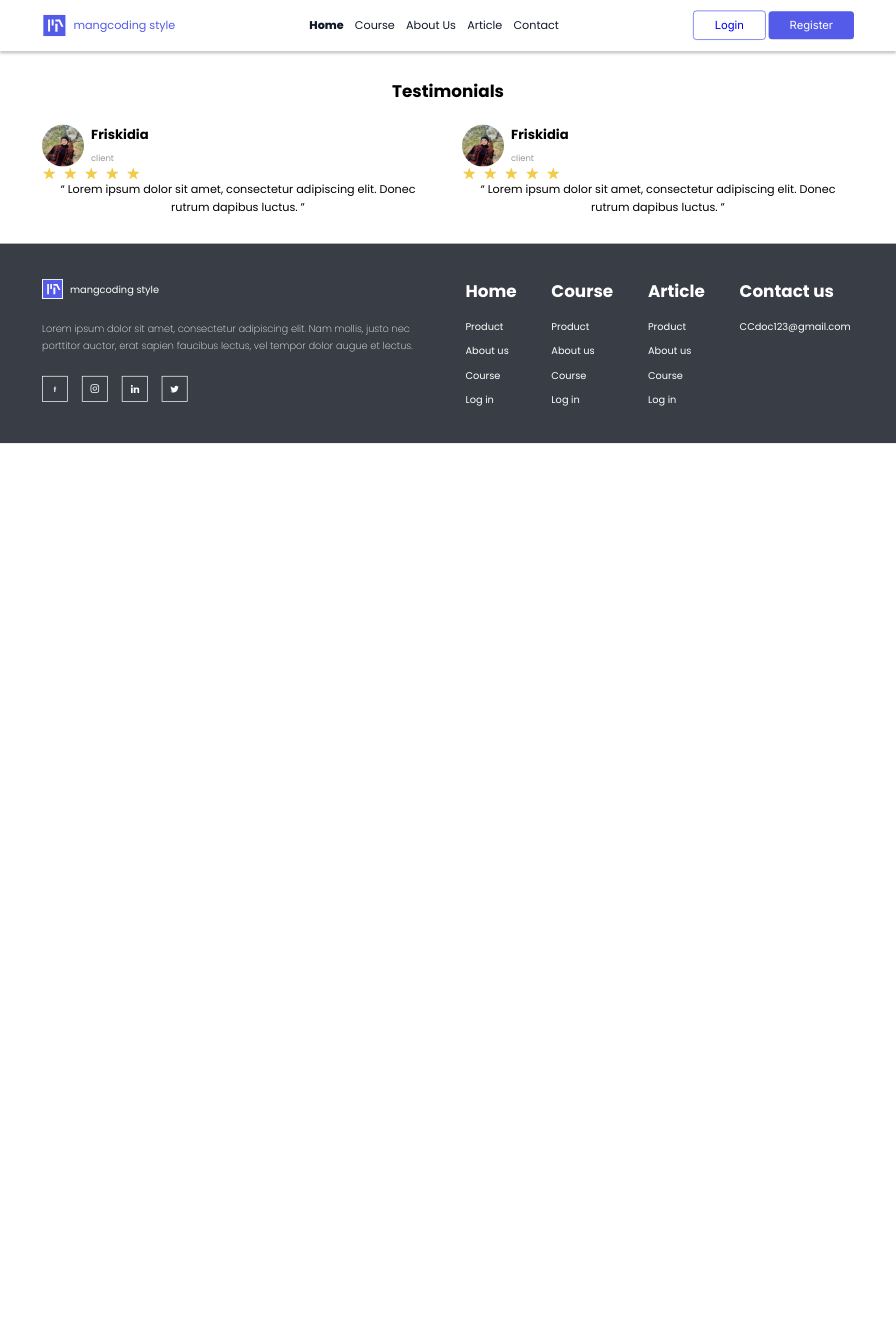
Repository: Dania-Alqam/landing-page
Page: index.html
The author's editor kept a copy of each file at every save. The page is drawn from the files as they stood at one save, then again after the next save.
The browser window is 1280 px wide. The pictures show the part of the page from y = 0 to 1920 px (the page is 5000 px tall), at 70% of full size.

Above is the page before, as saved 2024-06-22 16:33:16.

### index.html
<!DOCTYPE html>
<html lang="en">

<head>
    <meta charset="UTF-8" />
    <meta name="viewport" content="width=device-width, initial-scale=1.0" />
    <title>Document</title>
    <link rel="stylesheet" href="./assests/css/main.css" />
</head>

<body>
    <header class="header">
        <div class="container">
            <div class="row">
                <div class="logo">
                    <img src="./assests/images/public/Logo.svg" alt="logo" />
                    <a href="#">mangcoding style</a>
                </div>
                <nav class="nav">
                    <ul>
                        <li>
                            <a href="#" class="active">Home</a>
                        </li>
                        <li>
                            <a href="#">Course</a>
                        </li>
                        <li>
                            <a href="#">About Us</a>
                        </li>
                        <li>
                            <a href="#">Article</a>
                        </li>
                        <li>
                            <a href="#">Contact</a>
                        </li>
                    </ul>
                </nav>
                <div class="auth">
                    <a href="#">Login</a>
                    <a href="#">Register</a>
                </div>
            </div>
        </div>
    </header>

    <main>
        <section class="testimonials">
            <h2>
                Testimonials
            </h2>
            <div class="container">
                <div class="row">
                    <div class="testimonial">
                        <div class="user-info">
                            <img src="assests/images/clients/client1.jpeg"/>
                            <div class="user-data">
                                <h3>Friskidia</h3>
                                <span>client</span>
                            </div>
                        </div>
                        <div class="ratings">
                            <img src="./assests/images/public/Star.svg" alt="stars"/>
                            <img src="./assests/images/public/Star.svg" alt="stars"/>
                            <img src="./assests/images/public/Star.svg" alt="stars"/>
                            <img src="./assests/images/public/Star.svg" alt="stars"/>
                            <img src="./assests/images/public/Star.svg" alt="stars"/>

                        </div>
                        <blockquote>
                            <q>
                                Lorem ipsum dolor sit amet, consectetur adipiscing elit. Donec rutrum dapibus luctus.
                            </q>
                        </blockquote>
                    </div>
                    <div class="testimonial">
                        <div class="user-info">
                            <img src="assests/images/clients/client1.jpeg"/>
                            <div class="user-data">
                                <h3>Friskidia</h3>
                                <span>client</span>
                            </div>
                        </div>
                        <div class="ratings">
                            <img src="./assests/images/public/Star.svg" alt="stars"/>
                            <img src="./assests/images/public/Star.svg" alt="stars"/>
                            <img src="./assests/images/public/Star.svg" alt="stars"/>
                            <img src="./assests/images/public/Star.svg" alt="stars"/>
                            <img src="./assests/images/public/Star.svg" alt="stars"/>

                        </div>
                        <blockquote>
                            <q>
                                Lorem ipsum dolor sit amet, consectetur adipiscing elit. Donec rutrum dapibus luctus.
                            </q>
                        </blockquote>
                    </div>
                </div>
            </div>

        </section>
    </main>
    <footer class="footer">
        <div class="container">
            <div class="row">
                <div class="footer-start">
                    <div class="logo">
                        <img src="./assests/images/public/Logo.svg" alt="logo" />
                        <a href="#">mangcoding style</a>
                    </div>
                    <p>
                        Lorem ipsum dolor sit amet, consectetur adipiscing elit. Nam
                        mollis, justo nec porttitor auctor, erat sapien faucibus lectus,
                        vel tempor dolor augue et lectus.
                    </p>
                    <div class="icons">
                        <a href="#"><img src="./assests/images/public/facebok.svg" /></a>
                        <a href="#"><img src="./assests/images/public/instagram.svg" /></a>
                        <a href="#"><img src="./assests/images/public/linkedin.svg" /></a>
                        <a href="#"><img src="./assests/images/public/twitter.svg" /></a>
                    </div>
                </div>
                <div class="footer-end">
                    <div class="row">
                        <div class="footer-item">
                            <h2>
                                Home
                            </h2>
                            <ul>
                                <li>
                                    <a href="#">Product</a>
                                </li>
                                <li>
                                    <a href="#">About us</a>
                                </li>
                                <li>
                                    <a href="#">Course</a>
                                </li>
                                <li>
                                    <a href="#">Log in</a>
                                </li>
                            </ul>
                        </div>
                        <div class="footer-item">
                            <h2>
                                Course
                            </h2>
                            <ul>
                                <li>
                                    <a href="#">Product</a>
                                </li>
                                <li>
                                    <a href="#">About us</a>
                                </li>
                                <li>
                                    <a href="#">Course</a>
                                </li>
                                <li>
                                    <a href="#">Log in</a>
                                </li>
                            </ul>
                        </div>
                        <div class="footer-item">
                            <h2>
                                Article
                            </h2>
                            <ul>
                                <li>
                                    <a href="#">Product</a>
                                </li>
                                <li>
                                    <a href="#">About us</a>
                                </li>
                                <li>
                                    <a href="#">Course</a>
                                </li>
                                <li>
                                    <a href="#">Log in</a>
                                </li>
                            </ul>
                        </div>
                        <div class="footer-item">
                            <h2>
                                Contact us
                            </h2>
                            <ul>
                                <li>
                                    <a href="#">CCdoc123@gmail.com</a>
                                </li>

                        </div>
                    </div>
                </div>
            </div>
        </div>
    </footer>
</body>

</html>

### assests/css/main.css
@import url(./public.css);

/* start header */
.header {
  position: sticky;
  top: 0;
  box-shadow: 0px 4px 4px rgba(0, 0, 0, 0.25);
  padding: 20px 0;
  background-color: #fff;
}

.nav ul {
  display: flex;
  flex-wrap: wrap;
  gap: 16px;
}
.header .logo {
  display: flex;
  flex-wrap: wrap;
  align-items: center;
  gap: 10px;
}
.header .logo img {
  width: 35px;
}

.header .logo a {
  color: var(--mainColor);
}

.header .nav a {
  color: #101928;
}

.header .nav a:hover {
  color: var(--mainColor);
}
/* For the home bold*/
.active {
  font-weight: 800;
}
/* common properities*/
.header .auth a {
  font-family: var(--subFont);
  padding: 10px 30px;
  border-radius: 5px;
}
.header .auth a:first-of-type {
  border: 1px solid var(--mainColor);
}
.header .auth a:last-of-type {
  background-color: var(--mainColor);
  color: white;
}
@media (max-width: 900px) {
  .header .nav {
    display: none;
  }
}
/* end header */

/* start testemonials*/
.testimonials {
  text-align: center;
  padding: 40px 0;
}
.testimonials .row {
  gap: 40px;
}

.testimonials h2 {
  margin-bottom: 30px;
}
.testimonial {
  width: calc((100% - 40px) / 2);
}
.testimonial .user-info img {
  width: 60px;
  height: 60px;
  border-radius: 50%;
}

.testimonial .user-info {
  display: flex;
  flex-wrap: wrap;
  gap: 10px;
}
.testimonial .user-info .user-data {
  display: flex;
  flex-direction: column;
  gap: 10px;
  flex-wrap: wrap;
  align-items: start;
}

.testimonial .user-info .user-data span{
    font-size: 12px;
    color: #969696;
}

.testimonial .ratings{
    display: flex;
    flex-wrap: wrap;
    gap: 10px;
}
/* start footer */
.footer {
  background-color: #393e46;
  padding: 50px 0;
}

.footer a,
.footer h2 {
  color: #fff;
}

.footer .footer-start,
.footer .footer-end {
  width: calc((100% - 40px) / 2);
}

.footer .row {
  gap: 40px;
}

.footer .footer-start {
  display: flex;
  flex-direction: column;
  gap: 30px;
  flex-wrap: wrap;
}

.footer .footer-start .logo {
  display: flex;
  flex-wrap: wrap;
  gap: 10px;
  align-items: center;
}
.footer .footer-start .logo img {
  width: 30px;
}
.footer .footer-start .logo a {
  font-size: 14px;
}
.footer .footer-start p {
  color: #f4f4f4;
  line-height: 25px;
  font-size: 14px;
  font-weight: 200;
}
.footer .footer-start .icons {
  display: flex;
  flex-wrap: wrap;
  gap: 20px;
}
.footer .footer-start .icons img {
  width: 15px;
  height: 15px;
  border: 1px solid #fff;
  padding: 10px;
  box-sizing: content-box;
}

.footer-end .row {
  align-items: start;
  justify-content: space-around;
}
.footer-end .footer-item {
  display: flex;
  flex-direction: column;
  flex-wrap: wrap;
  gap: 20px;
}
.footer-end .footer-item ul {
  display: flex;
  flex-direction: column;
  flex-wrap: wrap;
  gap: 10px;
}
.footer-end .footer-item a {
  font-size: 14px;
}

/* end footer */

### assests/images/public/Star.svg
<svg width="20" height="20" viewBox="0 0 10 9" fill="none" xmlns="http://www.w3.org/2000/svg">
<path d="M5.00313 0.422667C5.06478 0.232942 5.33319 0.232942 5.39483 0.422668L6.26237 3.09266C6.28994 3.17751 6.36901 3.23496 6.45822 3.23496H9.26562C9.46511 3.23496 9.54805 3.49023 9.38666 3.60749L7.11543 5.25764C7.04325 5.31007 7.01305 5.40302 7.04062 5.48787L7.90815 8.15787C7.9698 8.34759 7.75265 8.50536 7.59126 8.3881L5.32003 6.73796C5.24785 6.68552 5.15012 6.68552 5.07794 6.73796L2.80671 8.3881C2.64532 8.50536 2.42817 8.34759 2.48981 8.15787L3.35735 5.48787C3.38492 5.40302 3.35472 5.31007 3.28254 5.25764L1.01131 3.60749C0.849916 3.49023 0.93286 3.23496 1.13235 3.23496H3.93975C4.02896 3.23496 4.10803 3.17751 4.1356 3.09266L5.00313 0.422667Z" fill="#F1CC4A"/>
</svg>

### assests/css/public.css
@import url('https://fonts.googleapis.com/css2?family=Poppins:ital,wght@0,100;0,200;0,300;0,400;0,500;0,600;0,700;0,800;0,900;1,100;1,200;1,300;1,400;1,500;1,600;1,700;1,800;1,900&display=swap');
@import url('https://fonts.googleapis.com/css2?family=Inter:wght@100..900&display=swap');

*{
    margin: 0;
    padding: 0;
    box-sizing: border-box;
}
:root{
    --mainFont: "Poppins", sans-serif;
    --subFont:  "Inter", sans-serif;
    --mainColor: #545BE8;

}
body{
    font-family: var(--mainFont);
    height: 5000px;
}
a{
    text-decoration: none;
}
ul{
    list-style: none;
}
.row{
    display: flex;
    justify-content: space-between;
    align-items: center;
    flex-wrap: wrap;

}

.container{
    /* width from figma is 60px from each side*/
    width: calc(100% - 120px);
    margin: auto;
}

After the next save:
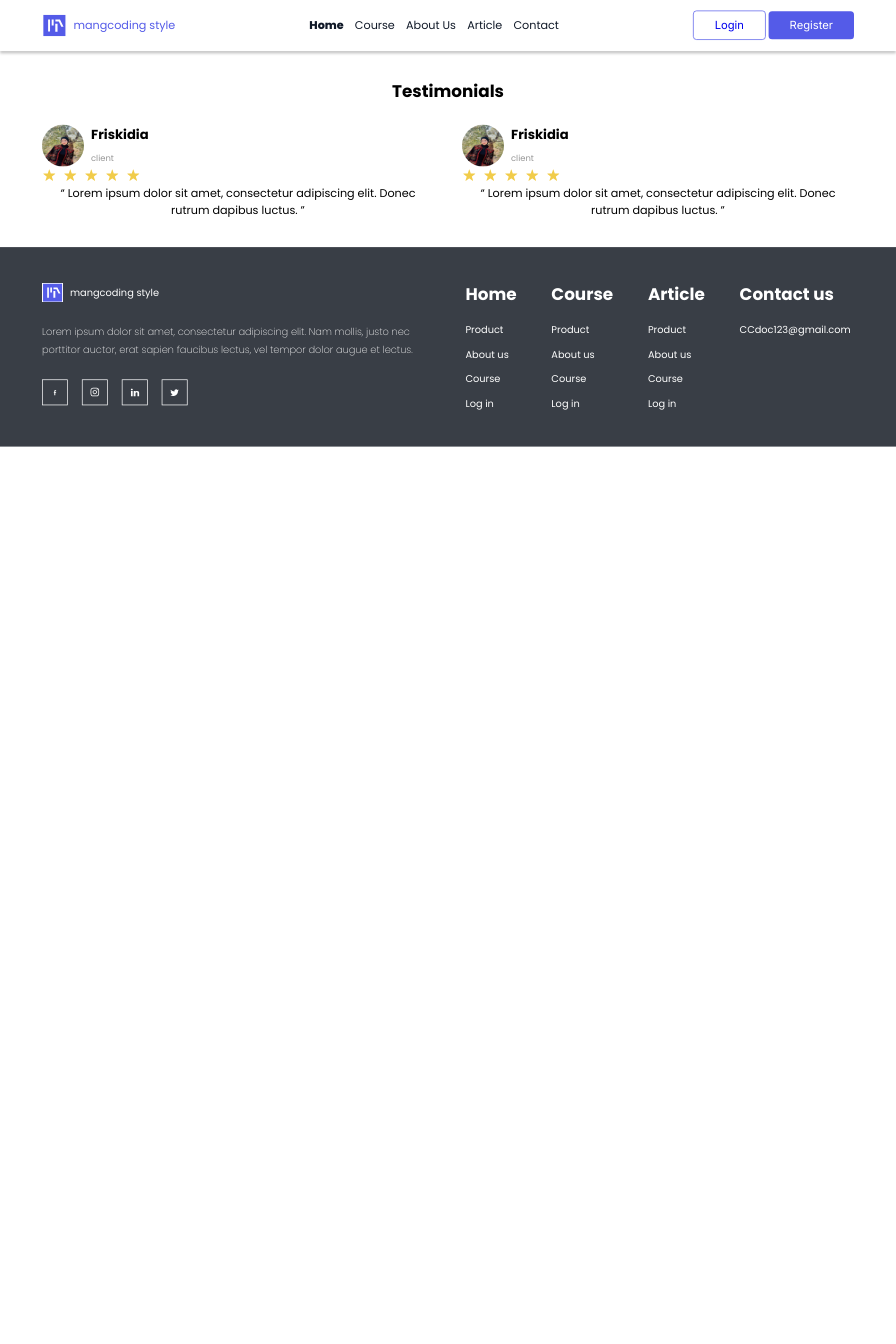
Saved 16 s later.
--- a/assests/images/public/Star.svg
+++ b/assests/images/public/Star.svg
@@ -1,3 +1,3 @@
-<svg width="20" height="20" viewBox="0 0 10 9" fill="none" xmlns="http://www.w3.org/2000/svg">
+<svg width="20" height="25" viewBox="0 0 10 9" fill="none" xmlns="http://www.w3.org/2000/svg">
 <path d="M5.00313 0.422667C5.06478 0.232942 5.33319 0.232942 5.39483 0.422668L6.26237 3.09266C6.28994 3.17751 6.36901 3.23496 6.45822 3.23496H9.26562C9.46511 3.23496 9.54805 3.49023 9.38666 3.60749L7.11543 5.25764C7.04325 5.31007 7.01305 5.40302 7.04062 5.48787L7.90815 8.15787C7.9698 8.34759 7.75265 8.50536 7.59126 8.3881L5.32003 6.73796C5.24785 6.68552 5.15012 6.68552 5.07794 6.73796L2.80671 8.3881C2.64532 8.50536 2.42817 8.34759 2.48981 8.15787L3.35735 5.48787C3.38492 5.40302 3.35472 5.31007 3.28254 5.25764L1.01131 3.60749C0.849916 3.49023 0.93286 3.23496 1.13235 3.23496H3.93975C4.02896 3.23496 4.10803 3.17751 4.1356 3.09266L5.00313 0.422667Z" fill="#F1CC4A"/>
 </svg>
